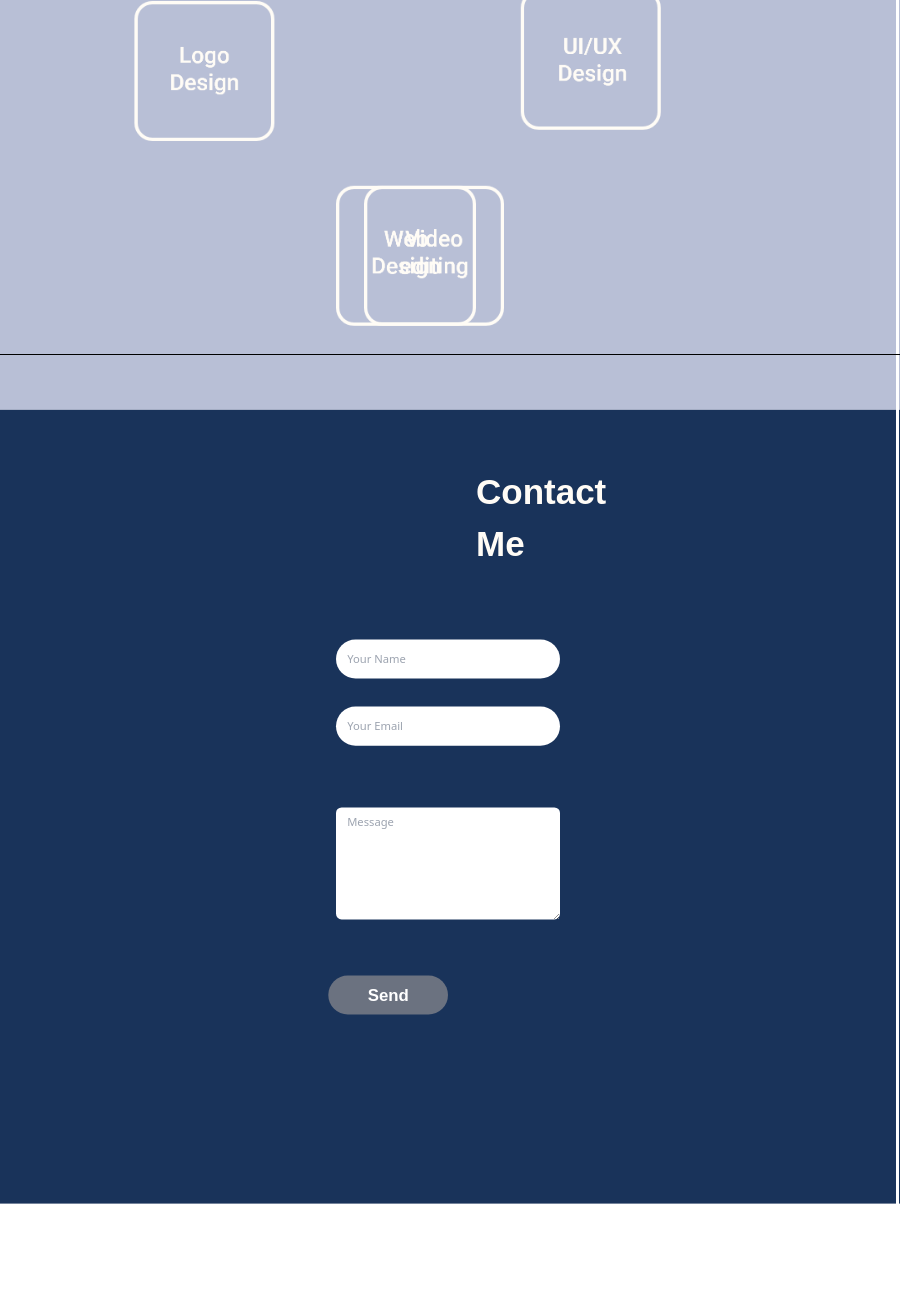
Repository: MEROO1010/my_portfolio
Page: /
The author's editor kept a copy of each file at every save. The page is drawn from the files as they stood at one save, then again after the next save.
The browser window is 1280 px wide. The page is 1285 px wide, so the pictures cover 1285 px, including what lies to the right of the window. The pictures show the part of the page from y = 2398 to 4278 px (the page is 4278 px tall), at 70% of full size.
The project was rebuilt for these pictures with package versions that can differ from the ones it lists, and the page was loaded fresh each time. The framework's server and built-in components were replaced by stand-ins that run in the browser. Also part of the build but not shown: next.config.js.

Above is the page before, as saved 2023-08-17 09:42:23.

After the next save:
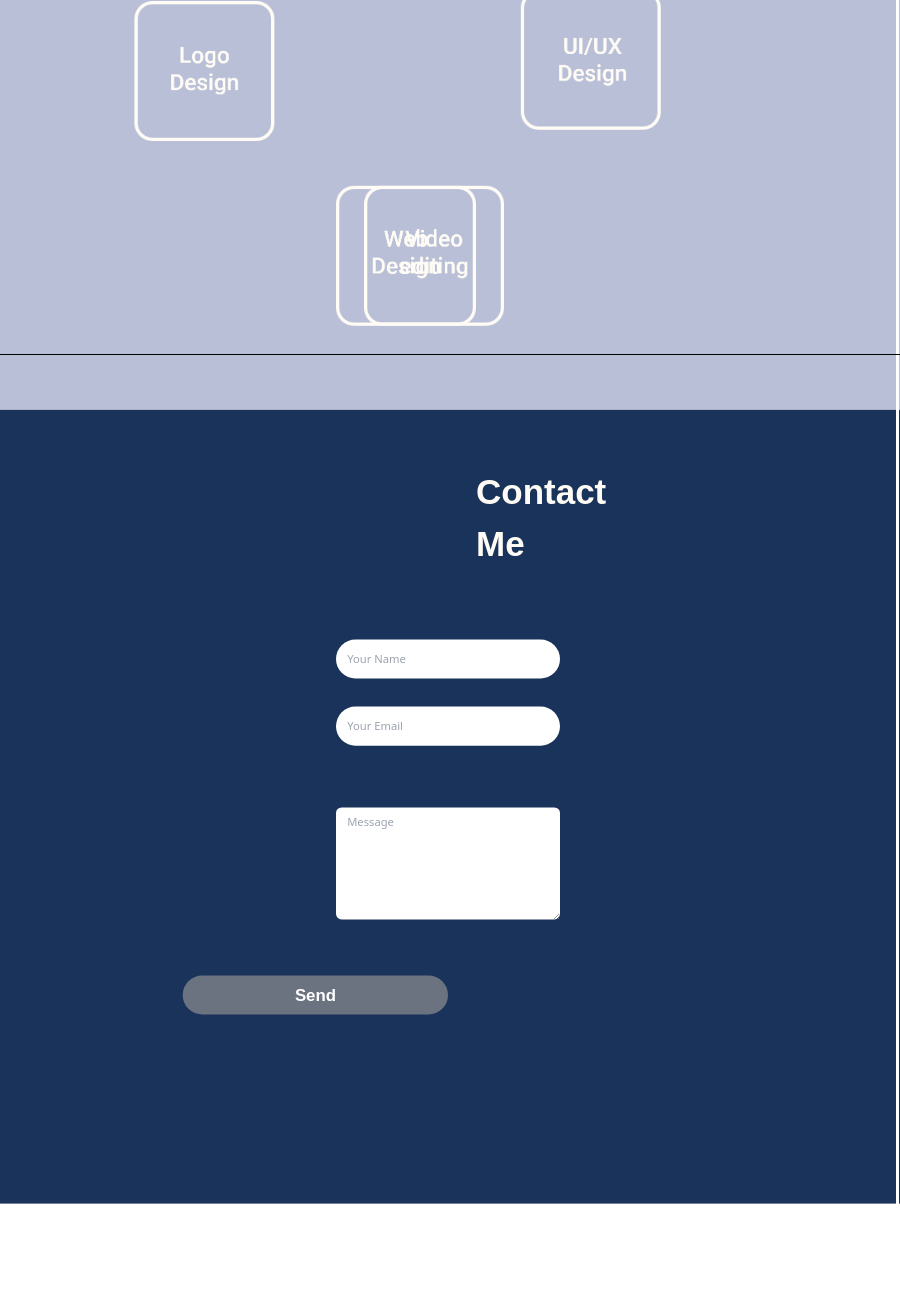
Saved 4 s later.
--- a/pages/components/Form.tsx
+++ b/pages/components/Form.tsx
@@ -6,7 +6,7 @@ const Form = () => {
     <input type="text" placeholder="Your Name" className="px-4 py-2 mx-4 my-2 rounded-full h-14 w-80"/><br/><br/>
     <input type="text" placeholder="Your Email" className="px-4 py-2 mx-4 my-2 rounded-full h-14 w-80"/><br/>
     <textarea placeholder="Message" className="relative px-4 py-2 mx-14 my-20  rounded-lg h-40 w-80"></textarea>
-    <button type="submit" className=" absolute right-80 px-14 py-2 mx-80 my-80 font-raleway text-2xl font-semibold text-white bg-gray-500 w-100 h-14 rounded-full">Send</button>
+    <button type="submit" className=" absolute right-80 px-40 py-2 mx-80 my-80 font-raleway text-2xl font-semibold text-white bg-gray-500 w-100 h-14 rounded-full">Send</button>
 </div>
 
   )
